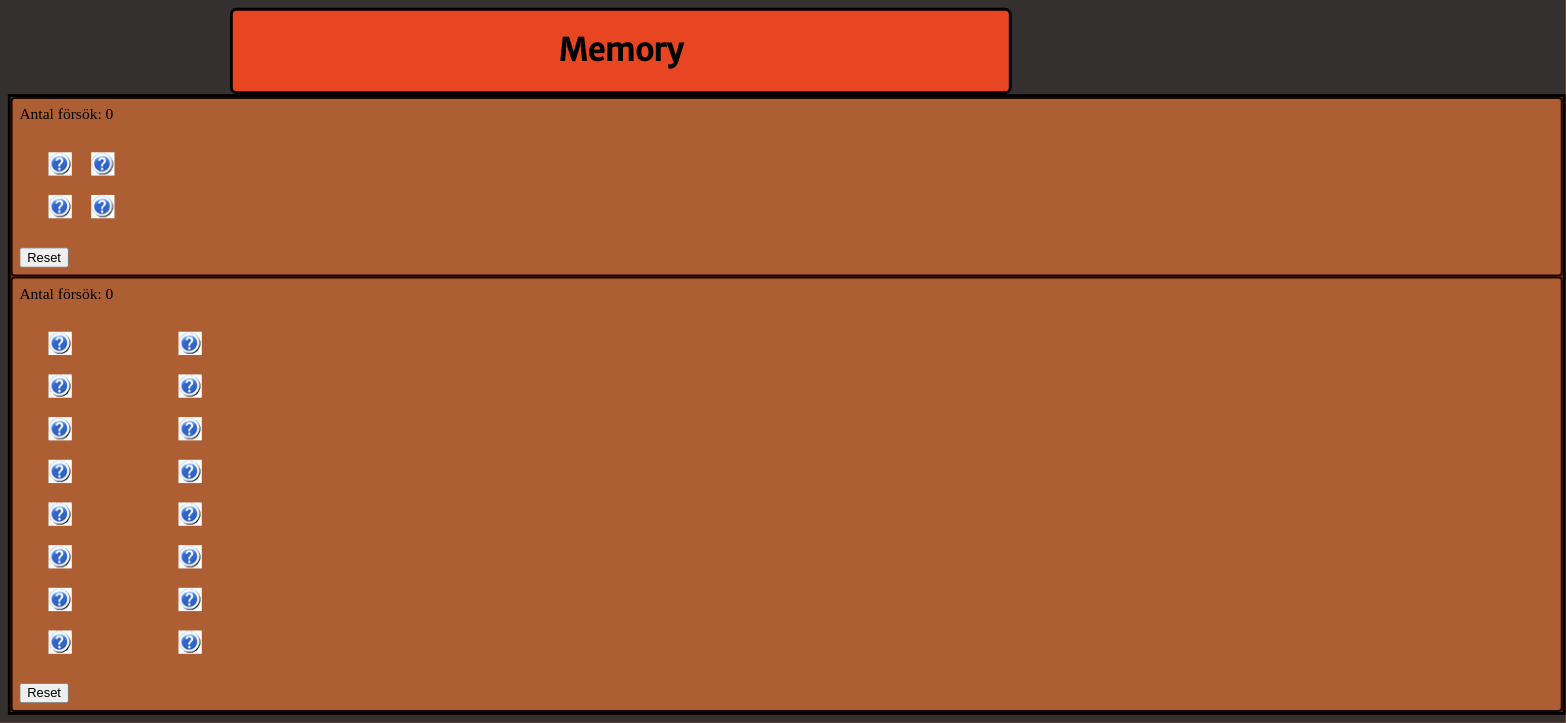
Repository: mi222eh/1dv403-laborationer
Page: 3-gameon/memory/index.html
The author's editor kept a record of every edit. The page is drawn from the files as they stood at one moment, then again after the next edit.
The browser window is 1280 px wide. The page is 1614 px wide, so the pictures cover 1614 px, including what lies to the right of the window. The pictures show the whole page, at 97% of full size.
After loading, the first visible `button` was clicked once.

Above is the page before.

### 3-gameon/memory/index.html
<!DOCTYPE html>
<html lang="sv">
    <head>
        <meta charset="utf-8" />
        <title>Memory</title>
        <link rel="stylesheet" href="css/basic.css" type="text/css" />
    </head>
    <body>
        <div id="head">
            <header>
                <h1>
                    Memory
                </h1>
            </header>
        </div>
        <div id="gamingBoard">
            <div id="game1" class="gaming"></div>
            <div id="game2" class="gaming"></div>
        </div>

        <script type="text/javascript" src="script/memory.js"></script>
        <script type="text/javascript" src="script/random.js"></script>
        <script type="text/javascript" src="script/script.js"></script>
        <script type="text/javascript" src="script/games.js"></script>
    </body>
</html>

### 3-gameon/memory/css/basic.css
@import url(https://fonts.googleapis.com/css?family=Merriweather+Sans);

body {
    background-color:#33302F;
}

#head {
    margin:0 auto;
    width:800px;
    background-color:#E84623;
    text-align:center;
    border:solid #000000 3px;
    border-radius:7px;
    font-family:"Merriweather Sans";
}


#gamingBoard{
    width:1600px;
    min-height:600px;
    background-color:#923508;
    margin:0 auto;
    border:solid 3px;
}

#gamingBoard > div{
    display:block;
    border: solid #190701 2px;
    border-radius:4px;
    padding:7px;
    background-color:#AD5E32;
}

.bricks{
    padding:20px;
}

.row{
    display:block;
}

.row > div{
    display:inline-block;
    padding:10px;

}

.row div > a{
    display:block;
    background-color:#FFFFFF;
    font-size:22px;
    width:24px;
    height:24px;
    text-decoration:none;
    color:#000000;
}
.row div a img {
    text-align:center;
}
.row div a:focus{
    box-shadow:0px 0px 0px 5px #207D27;
}

div.rightPadding{
    padding-top:10px;
    padding-bottom:10px;
    padding-left:10px;
    padding-right:100px;
}

.gaming ._tries {
    display:inline-block;
}

._win {
    color:#1E4A0B;
    font-size:24px;
    font-weight:bold;
}

### 3-gameon/memory/script/memory.js
"use strict"

function MemoryGame(row, col, gameID, gameLayoutID){

    //Variabler som kommer att användas
    var focusX = 0;                                             //Fixerar fokuset (X)
    var focusY = 0;                                             //Fixerar fokuset (Y)
    var THIS = this;
    var memory_Values = [];                                     //ska lagra 2 värden (brickorna)
    var numberOfSuccess = 0;                                    //lager för antalet succéer (kommer att avgöra när segerTexten kommer)
    var numberOfTries = 0;

    //<-----           Metoder till variablerna            ------>//
    this.setfocusX = function(i){focusX = i};
    this.setfocusY = function(i){focusY = i};

    this.addnumberOfTries = function(i){numberOfTries += i;};
    this.getnumberOfTries = function(){return numberOfTries};

    this.addnmberOfSuccess = function(i){numberOfSuccess += i};
    this.getnumberOfSuccess = function(){return numberOfSuccess};

    this.getgameLayoutID = function(){return gameLayoutID};
    this.getgameID = function(){return gameID};

    this.getRow = function(){return row};
    this.getCol = function(){return col};

    this.getPosition = function(i){return Position[i]};
    this.setPosition = function(ref){Position.push(ref)};
    this.getPositionArray = function(){return Position};

    this.setmemoryValue = function(ref){memory_Values.push(ref)};
    this.getmemoryValue = function(i){return memory_Values[i]};
    this.getWholememoryValue = function(){return memory_Values};
    this.clearmemoryValue = function(){memory_Values = []};


    this.resetValues = function(){
        if (this.listenToClick) {
        numberOfSuccess = 0;
        numberOfTries = 0;
        focusX = 0;
        focusY = 0;
        memory_Values = [];
        Position = RandomGenerator.getPictureArray(this.getRow(), this.getCol());
        }
    };


    //<-------          Metoder för fokuset             ----->//
    this.handleDown = function(){
        if ((focusY + 1) < (row)) {
            focusY += 1;
        }
        this.focus();
    };
    this.handleUp = function(){
      if ((focusY - 1) >= 0) {
          focusY += -1;
      }
      this.focus();
    };
    this.handleLeft = function(){
        if ((focusX - 1) >= 0) {
            focusX += -1;
        }
        this.focus();
    };
    this.handleRight = function(){
        if ((focusX+1) < (col)) {
            focusX += 1;
        }
        this.focus();
    };
    this.focus = function(){
        var targetFocus = document.getElementById(gameID).getElementsByClassName('bricks')[0];
        var rowNumber = targetFocus.childNodes[focusY];
        var columnNumber = rowNumber.childNodes[focusX];
        columnNumber.childNodes[0].focus();
    };


    //                  Array för slumpade siffror
    var Position = RandomGenerator.getPictureArray(this.getRow(), this.getCol());

    //              Område för spelplanen@
    this.area = document.getElementById(gameID);

    this.listenToClick = true;


}

    ////<-------          (Test) Metod för att återställa spelplanen   ------>//
    MemoryGame.prototype.reset = function(_this){
        _this.area.innerHTML = "";
        _this.resetValues();
        _this.generateGame();

    };

    //<-------          Metod för att generera spelplanen   ------>//
    MemoryGame.prototype.generateGame = function(){
        var _this = this;

        //<--bara för test-->//
        var resetButton = document.createElement('button');
        var resetText = document.createTextNode("Reset");
        resetButton.appendChild(resetText);
        resetButton.setAttribute("type", "button");
        resetButton.addEventListener("click", function(){
            _this.reset(_this)
        });


        //<--slut på test-->//

        //Generar allt gemensamt här...
        var gameInfoDiv = document.createElement('div');
        var textNode = document.createTextNode('Antal försök: ');
        var divtext = document.createElement('div');
        var divWin = document.createElement('div');
        var divNumber = document.createElement('div');

        divNumber.classList.add('_tries');
        divWin.classList.add('_win');

        divtext.appendChild(textNode);
        divtext.appendChild(divNumber);
        gameInfoDiv.appendChild(divtext);
        gameInfoDiv.appendChild(divWin);
        this.area.appendChild(gameInfoDiv);

        //Beorende på ID, skapa layout
        if (this.getgameLayoutID() === 0) {

            this.area.appendChild(this.layout0());
        }
        else if (this.getgameLayoutID() === 1) {

            this.area.appendChild(this.layout1());
        }
        this.area.appendChild(resetButton);
        this.updateNumbers();
    };

    // <------- För ID 0-------->//
    MemoryGame.prototype.layout0 = function(){
        var i,m, img, coldiv, rowdiv, a;
        var _this = this;

        var picture = 0;

        var masterdiv = document.createElement('div');
        masterdiv.classList.add('bricks');

        for (i = 0; i < this.getRow(); i+=1) {

            rowdiv = document.createElement('row');
            rowdiv.classList.add('row');
            for (m = 0; m < Math.floor((this.getCol()/2)); m+=1) {

                coldiv = document.createElement('div');
                img = document.createElement('img');
                a = document.createElement('a');

                //konfigurationer
                img.setAttribute("alt", "?");
                img.setAttribute("height", "24px");
                img.setAttribute("width", "24px");
                img.setAttribute("src", "pics/0.png");
                img.classList.add("brick_" + picture);

                a.setAttribute("href", "#");
                a.addEventListener("click", function(event) {
                    _this.clickAction(event, _this);
                 });
                        a.addEventListener("keydown", function(event) {
                        _this.navigation(event, _this);
                 });

                //sätta dit
                a.appendChild(img);
                coldiv.appendChild(a);

                rowdiv.appendChild(coldiv);
                picture += 1;
                if (m === (Math.floor((this.getCol()/2)-1))) {
                    coldiv.classList.add('rightPadding');
                }

            }

            for (m = Math.floor((this.getCol()/2)); m < this.getCol() ; m+=1) {
                coldiv = document.createElement('div');
                img = document.createElement('img');
                a = document.createElement('a');

                //konfigurationer
                img.setAttribute("alt", "?");
                img.setAttribute("height", "24px");
                img.setAttribute("width", "24px");
                img.setAttribute("src", "pics/0.png");
                img.classList.add("brick_" + picture);

                a.setAttribute("href", "#");
                a.addEventListener("click", function(event) {
                    _this.clickAction(event, _this);
                 });
                        a.addEventListener("keydown", function(event) {
                        _this.navigation(event, _this);
                 });

                //sätta dit
                a.appendChild(img);
                coldiv.appendChild(a);

                rowdiv.appendChild(coldiv);
                picture += 1;
                if (m === Math.floor((this.getCol()/2))) {
                    coldiv.classList.add('leftPadding');
                }
            }
            masterdiv.appendChild(rowdiv);
        }
        _this.listenToClick = true;
        return masterdiv;
    };

    // <------- För ID 1-------->//
    MemoryGame.prototype.layout1 = function(){
        var _this = this;

        //Variabel för att hålla koll på antalet bilder...
        var picture = 0;

        //En div som håller alla brickor
        var masterdiv = document.createElement('div');
        masterdiv.classList.add('bricks');

        //<------- Generar rad och kolumn beroende av parametrarna ------>//
        for (var i = 0; i < this.getRow(); i+=1) {

            var rowdiv = document.createElement('div');
            rowdiv.classList.add('row');                    //klass skapas för stilmallen

            for (var m = 0; m < this.getCol(); m+=1) {

                //taggar
                var coldiv = document.createElement('div');
                var img = document.createElement('img');
                var a = document.createElement('a');

                //konfigurationer
                img.setAttribute("alt", "?");
                img.setAttribute("height", "24px");
                img.setAttribute("width", "24px");
                img.setAttribute("src", "pics/0.png");
                img.classList.add("brick_" + picture);

                a.setAttribute("href", "#");
                a.addEventListener("click", function (event) {
                    _this.clickAction(event, _this);
                });
                a.addEventListener("keydown",function (event) {
                    _this.navigation(event, _this);
                });


                //sätta dit
                a.appendChild(img);
                coldiv.appendChild(a);

                rowdiv.appendChild(coldiv);
                picture += 1;
            }
            masterdiv.appendChild(rowdiv);
        }

        return masterdiv;           //returnera mäster-diven
    };

    //<------- Metod för navigation ------->//
    MemoryGame.prototype.navigation = function(event, _this){
        var code = event.keyCode;

        switch (code) {
            case 38:
                _this.handleUp();
                event.preventDefault();
                break;

            case 37:
                _this.handleLeft();
                event.preventDefault();
                break;

            case 39:
                _this.handleRight();
                event.preventDefault();
                break;

            case 40:
                _this.handleDown();
                event.preventDefault();
                break;

            default:
        }
    }

    //<--------------   Metod för klickhändelser (då en bricka ska vändas) -------->//
    MemoryGame.prototype.clickAction = function(event, _this){

            if (_this.listenToClick) {

                    event.preventDefault();

                    var a = event.currentTarget;

                    var aClone = a.cloneNode(true);

                    //Ersätt a med klonad a (för att ta bort listeners)
                    a.parentNode.replaceChild(aClone, a);

                    var image = aClone.childNodes[0];
                    var index = image.getAttribute('class').slice(6);




                    //Nya attribut på bilden sätts
                    image.setAttribute("alt", _this.getPosition(index));
                    image.setAttribute("src", "pics/" + _this.getPosition(index) + ".png");



                    //Hoppsan, "keypress" gick också bort
                    aClone.addEventListener("keydown", function (event) {
                        _this.navigation(event, _this);
                    });


                    _this.checkValues(aClone.childNodes[0]);
                    _this.setXAndYFocus(aClone);
            }






    };

    //<------------------- Kontroll av värden (och lagrande) ---------->//
    MemoryGame.prototype.checkValues = function(targetValue){

        var _this = this;

        //Sätt in referensen till image-taggen i arrayen
        _this.setmemoryValue(targetValue);
        console.log(_this.getWholememoryValue());

        //Kolla arrayens storlek (förutsätter att den blir högst två, men man vet aldrig)
        if (_this.getWholememoryValue().length >= 2) {


            if(_this.validateValues()){

                _this.addnmberOfSuccess(2);
                _this.clearmemoryValue();
            }

            else{
                _this.listenToClick = false;
                setTimeout(_this.flipBack, 1000, _this);

            }
            _this.addnumberOfTries(1);
            _this.updateNumbers();

        }
    };

    //<----------------  Jämför värden i arrayen ------------->//
    MemoryGame.prototype.validateValues = function(){

        //hämta ut till en lokal variabel
        var img1 = this.getmemoryValue(0);
        var img2 = this.getmemoryValue(1);

        var pos1 = img1.getAttribute('class').slice(6);
        var pos2 = img2.getAttribute('class').slice(6);

        if (this.getPosition(pos1) === this.getPosition(pos2)) {
          return true;
        }

        else{
            return false;
        }
    };

    //<------------------ Ansvara för att vända tillbaka brickorna ------------>//
    MemoryGame.prototype.flipBack = function(_this){

        console.log(_this);
        //sätt attribut och alt...
        _this.getmemoryValue(0).setAttribute("src", "pics/0.png");
        _this.getmemoryValue(0).setAttribute("alt", "?");

        _this.getmemoryValue(1).setAttribute("src", "pics/0.png");
        _this.getmemoryValue(1).setAttribute("alt", "?");

        //Lägg till listeners igen
        _this.getmemoryValue(0).parentNode.addEventListener("click", function (event) {
                    _this.clickAction(event, _this);
                 });
        _this.getmemoryValue(1).parentNode.addEventListener("click", function (event) {
                    _this.clickAction(event, _this);
                 });

        _this.clearmemoryValue();
        setTimeout(function() {_this.listenToClick = true;}, 100);

    };

    //<------------------ Uppdaterar numret ------------>//
    MemoryGame.prototype.updateNumbers = function(){
        var placeToWriteNumber = document.getElementById(this.getgameID()).getElementsByClassName('_tries')[0];
        placeToWriteNumber.innerHTML = this.getnumberOfTries();

        if (this.getnumberOfSuccess() === this.getPositionArray().length) {
            var winplace = document.getElementById(this.getgameID()).getElementsByClassName('_win')[0];
            winplace.innerHTML = "Memory: avklarat";
        }
    };

    //<------------------ X och Y focus (tillagd för att inte göra konflikt med onClick eventet) ------------>//
    MemoryGame.prototype.setXAndYFocus = function(focusingTarget){
        var x = 0, y = 0, tmpTarget;

        focusingTarget = focusingTarget.parentNode;

        tmpTarget = focusingTarget;

        while ((focusingTarget = focusingTarget.previousSibling) != null){
            x += 1;
        }
        var YNode = tmpTarget.parentNode;

        while ((YNode = YNode.previousSibling) != null){
            y += 1;
        }

        this.setfocusX(x);
        this.setfocusY(y);
        this.focus();
    };

### 3-gameon/memory/script/random.js
var RandomGenerator = {

	/*
		Denna metod tar antalet rader och columner som inparameter.

		Metoden returnerar en array innehållandes utslumpade tal mellan 1 och (rows*cols)/2. Varje tal representeras två
		gånger och motsvarar således en spelbricka.

		I en 4*4 matris kan Arrayen t.ex. se ut så här:
		[1,2,6,8,6,2,5,3,1,3,7,5,8,4,4,7]

		I en 2*4 matris kan Arrayen t.ex. se ut så här:
		[3,4,4,1,2,1,2,3]
	*/

	getPictureArray: function(rows, cols)
	{
		var numberOfImages = rows*cols;
		var maxImageNumber = numberOfImages/2;

	   	var imgPlace = [];

	   //Utplacering av bilder i Array
	   for(var i=0; i<numberOfImages; i++)
		  imgPlace[i] = 0;

		for(var currentImageNumber=1; currentImageNumber<=maxImageNumber; currentImageNumber++)
		{
			var imageOneOK = false;
			var imageTwoOK = false;

			do
			{
				if(imageOneOK == false)
				{
					var randomOne = Math.floor( (Math.random() * (rows*cols-0) + 0) );

					if( imgPlace[randomOne] == 0 )
					{
						imgPlace[randomOne] = currentImageNumber;
						imageOneOK = true;
					}
				}

				if(imageTwoOK == false)
				{
					var randomTwo = Math.floor( (Math.random() * (rows*cols-0) + 0) );

					if( imgPlace[randomTwo] == 0 )
					{
						imgPlace[randomTwo] = currentImageNumber;
						imageTwoOK = true;
					}
				}
			}
			while(imageOneOK == false || imageTwoOK == false);
		}

		return imgPlace;
	}
}

### 3-gameon/memory/script/script.js
"use strict"

window.onload = function(){
    myGames.init();
};
/*
document.onkeydown = function(e){
    var code = e.keyCode;

    console.log(code);

    switch (code) {
        case 38:
            handleUp();
            e.preventDefault();
            break;

        case 37:
            handleLeft();
            e.preventDefault();
            break;

        case 39:
            handleRight();
            e.preventDefault();
            break;

        case 40:
            handleDown();
            e.preventDefault();
            break;

        default:
            // code
    }

};
*/

### 3-gameon/memory/script/games.js
"use strict"

var myGames = {
    init: function(){
        var game1 = new MemoryGame(2, 2, "game1", 1);
        var game2 = new MemoryGame(8, 2, "game2", 0);
        game1.generateGame();
        game2.generateGame();

        game1.focus();
    }
};

After the next edit:
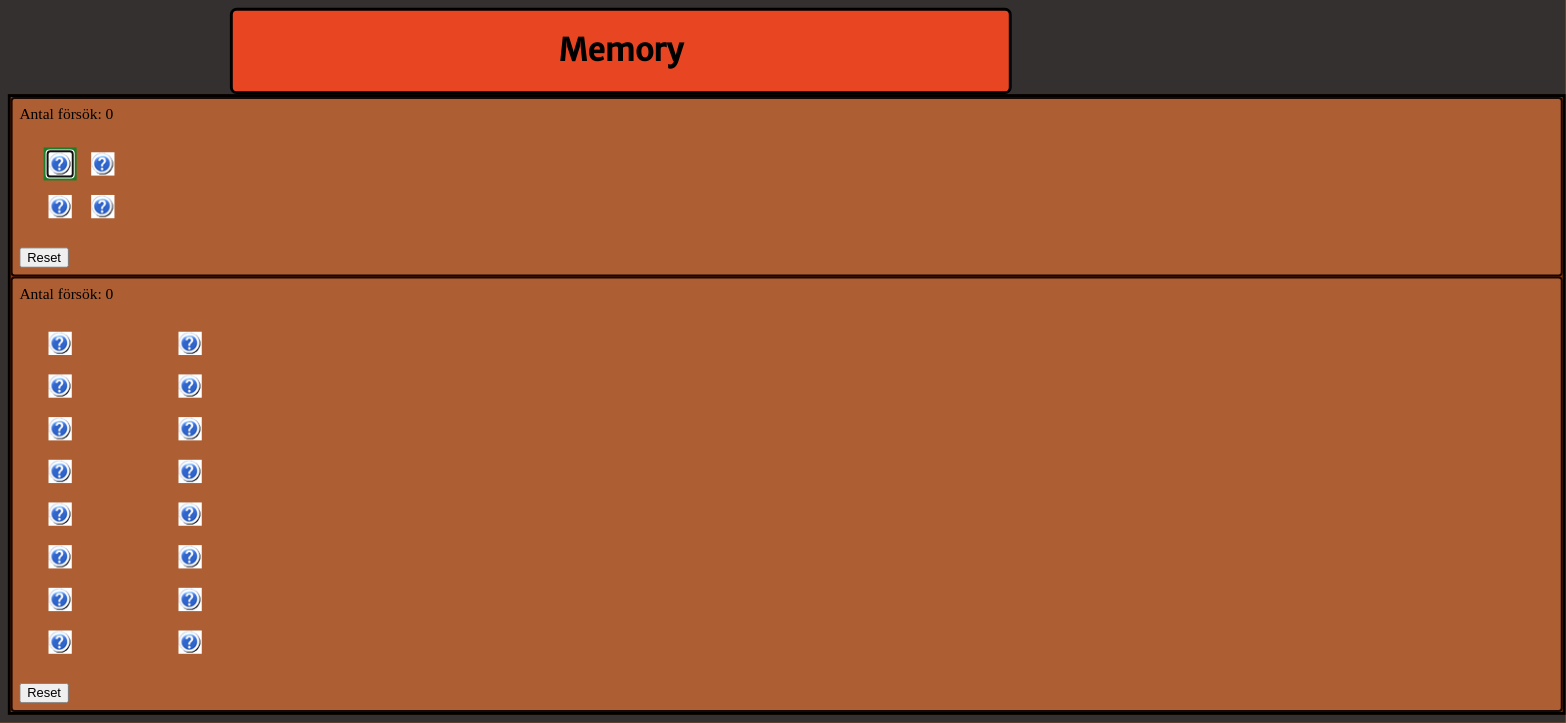
The edit:
--- a/3-gameon/memory/script/memory.js
+++ b/3-gameon/memory/script/memory.js
@@ -97,6 +97,7 @@
         _this.area.innerHTML = "";
         _this.resetValues();
         _this.generateGame();
+        _this.focus();
 
     };
 
